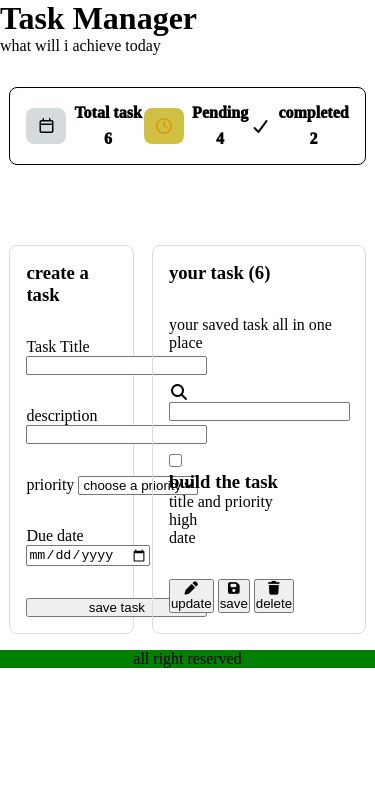
Repository: XDENTERTAINMENT/task-manager-groupwork
Page: index.html
These files come from the project's save history. The page is drawn as it stood at one moment and after the next save; the edit follows.
The browser window is 375 px wide. The pictures show the whole page.

Above is the page before, as saved 2026-10-26 20:17:29.

### index.html
<!doctype html>
<html lang="en">
  <head>
    <meta charset="UTF-8" />
    <meta name="viewport" content="width=device-width, initial-scale=1.0" />
    <title>Personal-Task-Manager</title>
    <link
      rel="stylesheet"
      href="https://cdnjs.cloudflare.com/ajax/libs/font-awesome/7.3.1/css/all.min.css"
      integrity="sha512-QeR2VH+lsBE5LSAe1Q5EnTBbe7XTBubt8dG93Y7gidSgdMCr8nVqKcfKAMyN96SV8KDbZVTDXChatu5G2KQGzg=="
      crossorigin="anonymous"
      referrerpolicy="no-referrer"
    />
    <link rel="stylesheet" href="style.css" />
  </head>
  <body>
    <header>
      <h1>Task Manager</h1>
      <p>what will i achieve today</p>
    </header>
    <!-- the main -->
    <main>
      <section class="section1">
        <div>
          <div class="icon1"><i class="fa-regular fa-calendar"></i></div>
          <div class="section-1-child">
            <p>Total task</p>
            <p id="total-task">6</p>
          </div>
        </div>

        <div>
          <div class="icon2"><i class="fa-regular fa-clock"></i></div>
          <div class="section-1-child">
            <p>Pending</p>
            <p id="pending-task">4</p>
          </div>
        </div>

        <div>
          <div class="icon3"><i class="fa-solid fa-check"></i></div>
          <div class="section-1-child">
            <p>completed</p>
            <p id="completed-task">2</p>
          </div>
        </div>
      </section>

      <!-- section 2 -->
      <section class="section2">
        <!-- the create task section -->
        <div class="create-tax">
          <h3>create a task</h3>

          <form action="submit">
            <label for="title">
              Task Title
              <input type="text" id="title-input" />
            </label>

            <label for="description">
              description
              <input type="text" id="description-input" />
            </label>

            <label for="priority">
              priority
              <select name="" id="">
                <option value="">choose a priority</option>
                <option value="">High</option>
                <option value="">Medium</option>
                <option value="">low</option>
              </select>
            </label>

            <label for="date">
              Due date
              <input type="date" />
            </label>

            <button class="form-button">save task</button>
          </form>
        </div>

        <!-- task mapping -->

        <div class="task-mapping">
          <h3>your task (6)</h3>
          <p>your saved task all in one place</p>
          <div>
            <i class="fa-solid fa-magnifying-glass"></i>
            <input type="search" />
          </div>

          <!-- the card -->
          <div class="card">
            <input type="checkbox" />
            <div>
              <h3>build the task</h3>
              <p>title and priority</p>
              <p id="priority">high</p>
            </div>
            <p>date</p>
          </div>
          <!-- the inline editing -->
          <div>
            <button>
              <div><i class="fa-solid fa-pen"></i></div>
              update
            </button>
            <button class="save">
              <div><i class="fa-solid fa-floppy-disk"></i></div>
              save
            </button>
            <button class="delete">
              <div><i class="fa-solid fa-trash"></i></div>
              delete
            </button>
          </div>
        </div>
      </section>
    </main>

    <!-- the footer -->
    <footer>all right reserved</footer>
  </body>
</html>

### style.css
*{
    margin: 0;
    padding: 0;
    box-sizing: border-box;
}

section{
    width: 95%;
}

main{
    display: flex;
    flex-direction: column;
    align-items: center;
}

.section1{
    display: flex;
    flex-direction: row;
    justify-content: space-between;
    margin-top: 2rem;
    border:   1px solid black ;
    padding: 1rem;
    border-radius: 8px;


}

.section2 {
    display: flex;
    justify-content: space-between;
    margin-top: 5rem;


}

form{
    display: grid;
    gap: 2rem
    ;
}

.task-container{
    display: grid;

}


.task-mapping{
    display: flex;
    flex-direction: column;
    gap: 2rem;
    border:   1px solid gainsboro;
    padding: 1rem;
    border-radius: 8px;
    width: 60%;
}

.create-tax{
display: flex;
    flex-direction: column;
    gap: 2rem;
    border:   1px solid gainsboro ;
    padding: 1rem;
    border-radius: 8px;
    width: 35%;
}

.section1 div {
    display: flex;
    gap: 0.5rem;
    border-radius: 8px;
    font-weight: 1000;
    align-items: center;
}

footer{
    background-color: green;
    margin-top: 1rem;
    text-align: center;
}

.section-1-child{
    display: flex;
    flex-direction: column;
}

.icon1{
    background-color: rgb(213, 218, 220);
    padding: 10px;
}

.icon2 {
    background-color: rgba(196, 176, 20, 0.794);
    color: rgb(226, 150, 9);
    padding: 10px;

}



/* mobile styling */

@media( max-width: 600px){

    .section2{
        display: gr;
    }
}

After the next save:
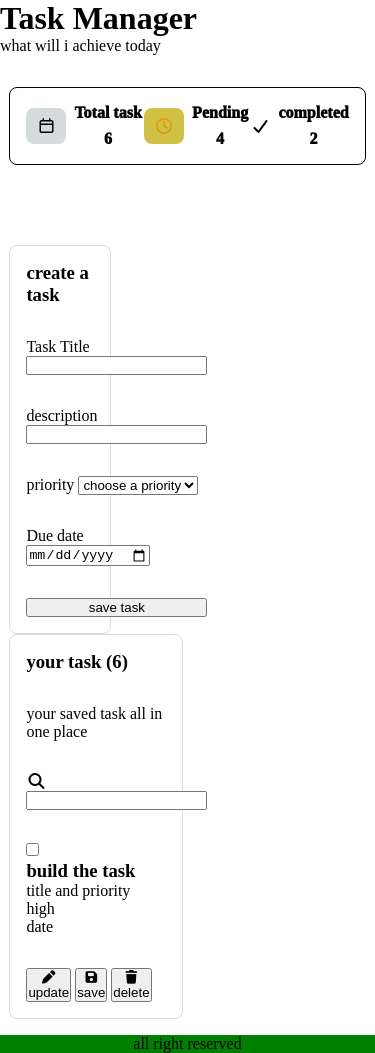
Saved 4 s later.
--- a/style.css
+++ b/style.css
@@ -104,6 +104,6 @@ footer{
 @media( max-width: 600px){
 
     .section2{
-        display: gr;
+        display: grid;
     }
 }
